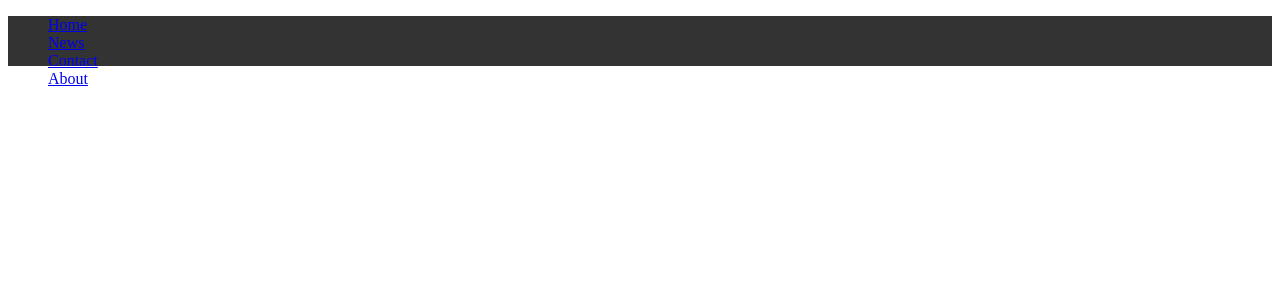
Repository: LongNguyen2504/T3H-FrondEnd
Page: Lesson3_CSS_HomeWork3.html
An editor plug-in stored every save of this project. The page is shown before and after the next save, followed by the edit.
The browser window is 1280 px wide. The pictures show the whole page.

Above is the page before, as saved 2021-12-01 22:01:05.

After the next save:
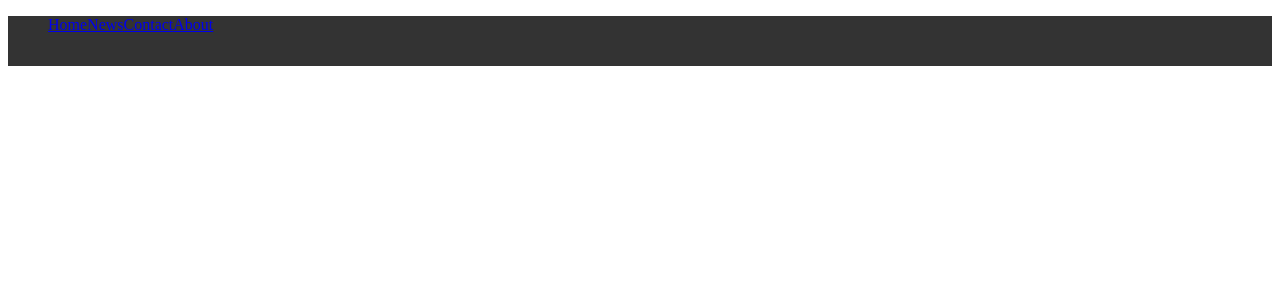
Saved 16 s later.
--- a/Lesson3_CSS_HomeWork3.html
+++ b/Lesson3_CSS_HomeWork3.html
@@ -10,10 +10,10 @@
 <body>
     <div class="menu-div">
         <ul class="ul-menu">
-            <li class="li-nemu"><a class="a-menu" href="#1">Home</a></li>
-            <li class="li-nemu"><a class="a-menu" href="#1">News</a></li>
-            <li class="li-nemu"><a class="a-menu" href="#1">Contact</a></li>
-            <li class="li-nemu"><a class="a-menu" href="#1">About</a></li>
+            <li class="li-menu"><a class="a-menu" href="#1">Home</a></li>
+            <li class="li-menu"><a class="a-menu" href="#1">News</a></li>
+            <li class="li-menu"><a class="a-menu" href="#1">Contact</a></li>
+            <li class="li-menu"><a class="a-menu" href="#1">About</a></li>
         </ul>
     </div>
 </body>
